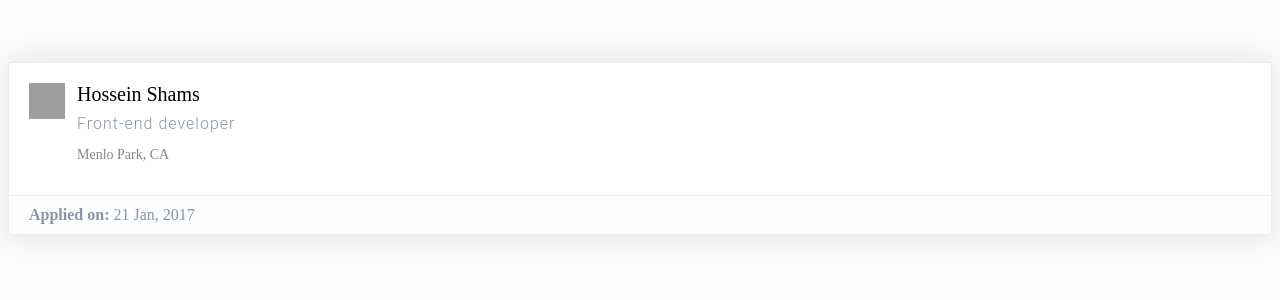
Repository: guddus326/Grass_Farm
Page: http://localhost/Grass_Farm/test.jsp
The author's editor kept a copy of each file at every save. The page is drawn from the files as they stood at one save, then again after the next save.
The browser window is 1280 px wide. The pictures show the whole page.
Pictures or frames that could not be fetched are drawn as grey boxes. The page is served by Tomcat 9. Other server files are loaded and not shown.

Above is the page before, as saved 2020-10-03 06:22:26.

### Grass_Farm/Grass_Farm/WebContent/test.jsp
<%@ page language="java" contentType="text/html; charset=EUC-KR"
    pageEncoding="EUC-KR"%>
<!DOCTYPE html>
<html>
<head>
<meta charset="EUC-KR">
<title>Insert title here</title>
<style>
body{
    background:#FCFCFC;
}
.pr-12 {
    padding-right: 12px !important;
}

.mb-20 {
    margin-bottom: 20px !important;
}

.b-1 {
    border: 1px solid #ebebeb !important;
}

.card {
    border: 0;
    border-radius: 0;
    margin-bottom: 30px;
    -webkit-transition: .5s;
    transition: .5s;
}

.card {
    position: relative;
    display: -ms-flexbox;
    display: flex;
    -ms-flex-direction: column;
    flex-direction: column;
    min-width: 0;
    word-wrap: break-word;
    background-color: #fff;
    background-clip: border-box;
    border: 1px solid rgba(0,0,0,.125);
    border-radius: .25rem;
}

.media {
    padding: 16px 12px;
    -webkit-transition: background-color .2s linear;
    transition: background-color .2s linear;
}

.media {
    display: -ms-flexbox;
    display: flex;
    -ms-flex-align: start;
    align-items: flex-start;
}

.card-body {
    -ms-flex: 1 1 auto;
    flex: 1 1 auto;
    padding: 1.25rem;
}

.media .avatar {
    flex-shrink: 0;
}

.no-radius {
    border-radius: 0 !important;
}

.avatar-xl {
    width: 64px;
    height: 64px;
    line-height: 64px;
    font-size: 1.25rem;
}

.avatar {
    position: relative;
    display: inline-block;
    width: 36px;
    height: 36px;
    line-height: 36px;
    text-align: center;
    border-radius: 100%;
    background-color: #f5f6f7;
    color: #8b95a5;
    text-transform: uppercase;
}

img {
    max-width: 100%;
}

img {
    vertical-align: middle;
    border-style: none;
}

.mb-2 {
    margin-bottom: .5rem!important;
}

.fs-20 {
    font-size: 20px !important;
}

.pr-16 {
    padding-right: 16px !important;
}

.ls-1 {
    letter-spacing: 1px !important;
}

.fw-300 {
    font-weight: 300 !important;
}

.fs-16 {
    font-size: 16px !important;
}

.media-body>* {
    margin-bottom: 0;
}

small, time, .small {
    font-family: Roboto,sans-serif;
    font-weight: 400;
    font-size: 11px;
    color: #8b95a5;
}

.fs-14 {
    font-size: 14px !important;
}

.mb-12 {
    margin-bottom: 12px !important;
}

.text-fade {
    color: rgba(77,82,89,0.7) !important;
}

.card-footer:last-child {
    border-radius: 0 0 calc(.25rem - 1px) calc(.25rem - 1px);
}

.card-footer {
    background-color: #fcfdfe;
    border-top: 1px solid rgba(77,82,89,0.07);
    color: #8b95a5;
    padding: 10px 20px;
}

.flexbox {
    display: -webkit-box;
    display: flex;
    -webkit-box-pack: justify;
    justify-content: space-between;
}

.align-items-center {
    -ms-flex-align: center!important;
    align-items: center!important;
}

.card-footer {
    padding: .75rem 1.25rem;
    background-color: rgba(0,0,0,.03);
    border-top: 1px solid rgba(0,0,0,.125);
}


.card-footer {
    background-color: #fcfdfe;
    border-top: 1px solid rgba(77, 82, 89, 0.07);
    color: #8b95a5;
    padding: 10px 20px
}

.card-footer>*:last-child {
    margin-bottom: 0
}

.hover-shadow {
    -webkit-box-shadow: 0 0 35px rgba(0, 0, 0, 0.11);
    box-shadow: 0 0 35px rgba(0, 0, 0, 0.11)
}

.fs-10 {
    font-size: 10px !important;
}
</style>
</head>
<body>

<br>
<br>
<br>
<div class="container">
<div class="col-md-12">
    <div class="card b-1 hover-shadow mb-20">
        <div class="media card-body">
            <div class="media-left pr-12">
                <img class="avatar avatar-xl no-radius" src="https://bootdey.com/img/Content/avatar/avatar1.png" alt="...">
            </div>
            <div class="media-body">
                <div class="mb-2">
                    <span class="fs-20 pr-16">Hossein Shams</span>
                </div>
                <small class="fs-16 fw-300 ls-1">Front-end developer</small><br>
                <p class="fs-14 text-fade mb-12"><i class="fa fa-map-marker pr-1"></i> Menlo Park, CA</p>
            </div>
        </div>
        <footer class="card-footer flexbox align-items-center">
            <div>
                <strong>Applied on:</strong>
                <span>21 Jan, 2017</span>
            </div>
        </footer>
    </div>




</div>
</div>
</body>
</html>

After the next save:
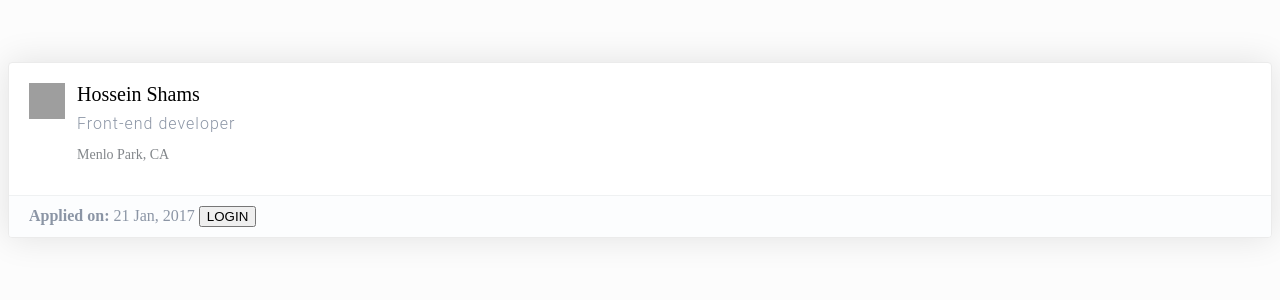
Saved 7 min 8 s later.
--- a/Grass_Farm/Grass_Farm/WebContent/test.jsp
+++ b/Grass_Farm/Grass_Farm/WebContent/test.jsp
@@ -221,6 +221,7 @@ small, time, .small {
             <div>
                 <strong>Applied on:</strong>
                 <span>21 Jan, 2017</span>
+                <button type="button" class="btn btn-success" onclick="location.href='Login.jsp'">LOGIN</button>
             </div>
         </footer>
     </div>
